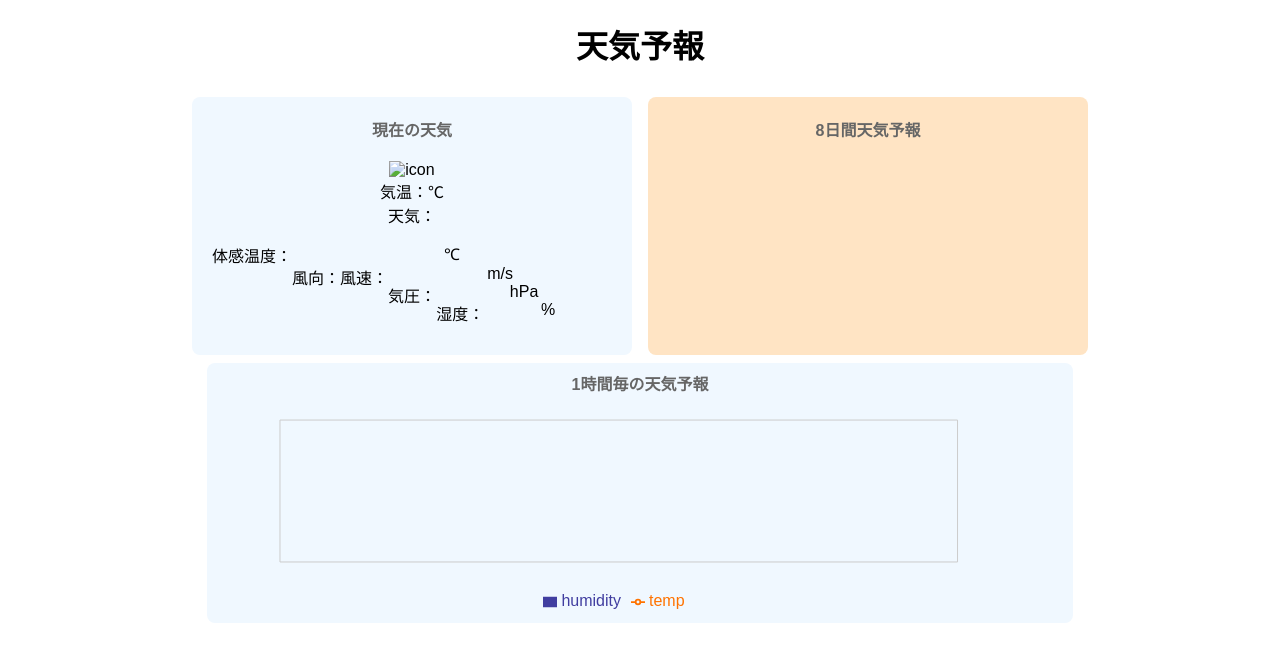
Repository: IshigureTomoki/weather-app
Page: /
The author's editor kept a copy of each file at every save. The page is drawn from the files as they stood at one save, then again after a run of saves.
The browser window is 1280 px wide. The pictures show the whole page.
The page's requests for data from a server got no answer. The project was rebuilt for these pictures with package versions that can differ from the ones it lists, and the page was loaded fresh each time. No one was signed in, and anything a server would have sent is missing.

Above is the page before, as saved 2022-02-25 14:57:06.

After the next 3 saves:
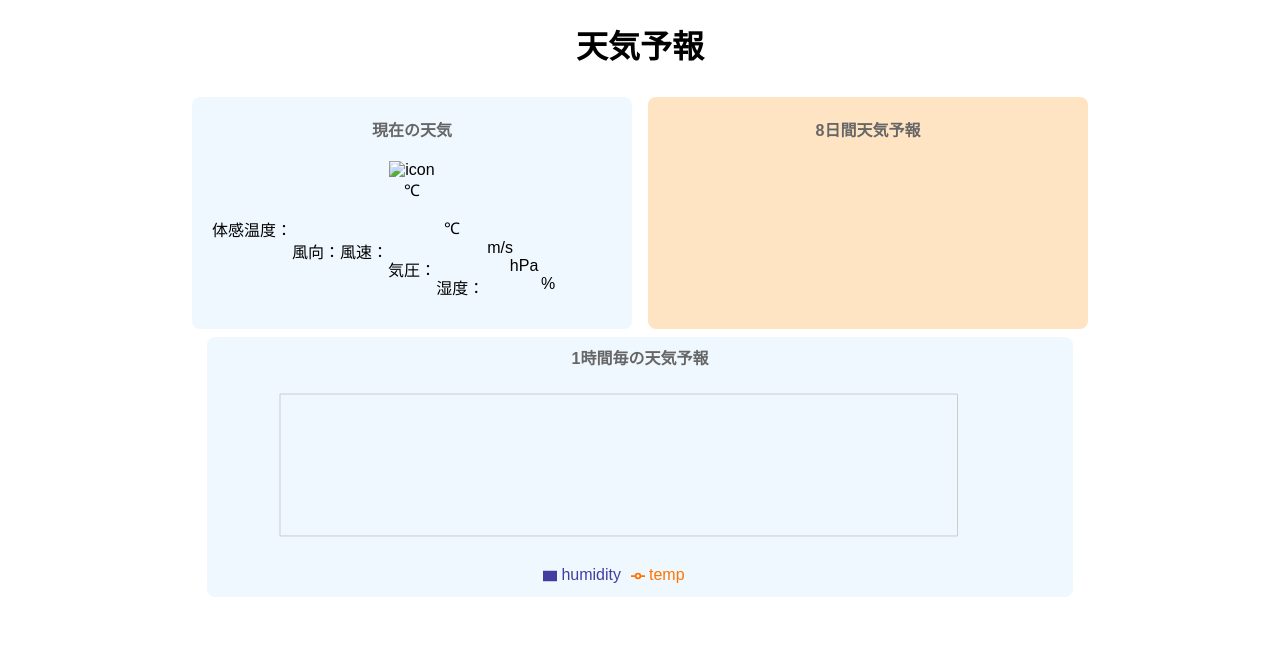
The 3 saves are shown as one change because they came seconds apart.
The last was saved 10 s later.
--- a/src/App.tsx
+++ b/src/App.tsx
@@ -159,8 +159,8 @@ function App() {
               <img src={weatherReport?.weatherIcon} alt="icon"
                       width={120}/>
             </div>
-            <div>気温：{weatherReport?.temp}℃</div>
-            <div>天気：{weatherReport?.weatherDescription}</div>
+            <div>{weatherReport?.weatherDescription}</div>
+            <div>{weatherReport?.temp}℃</div>
             <dl>
               <dt>体感温度</dt>
               <dd>{weatherReport?.feels_like}℃</dd>
